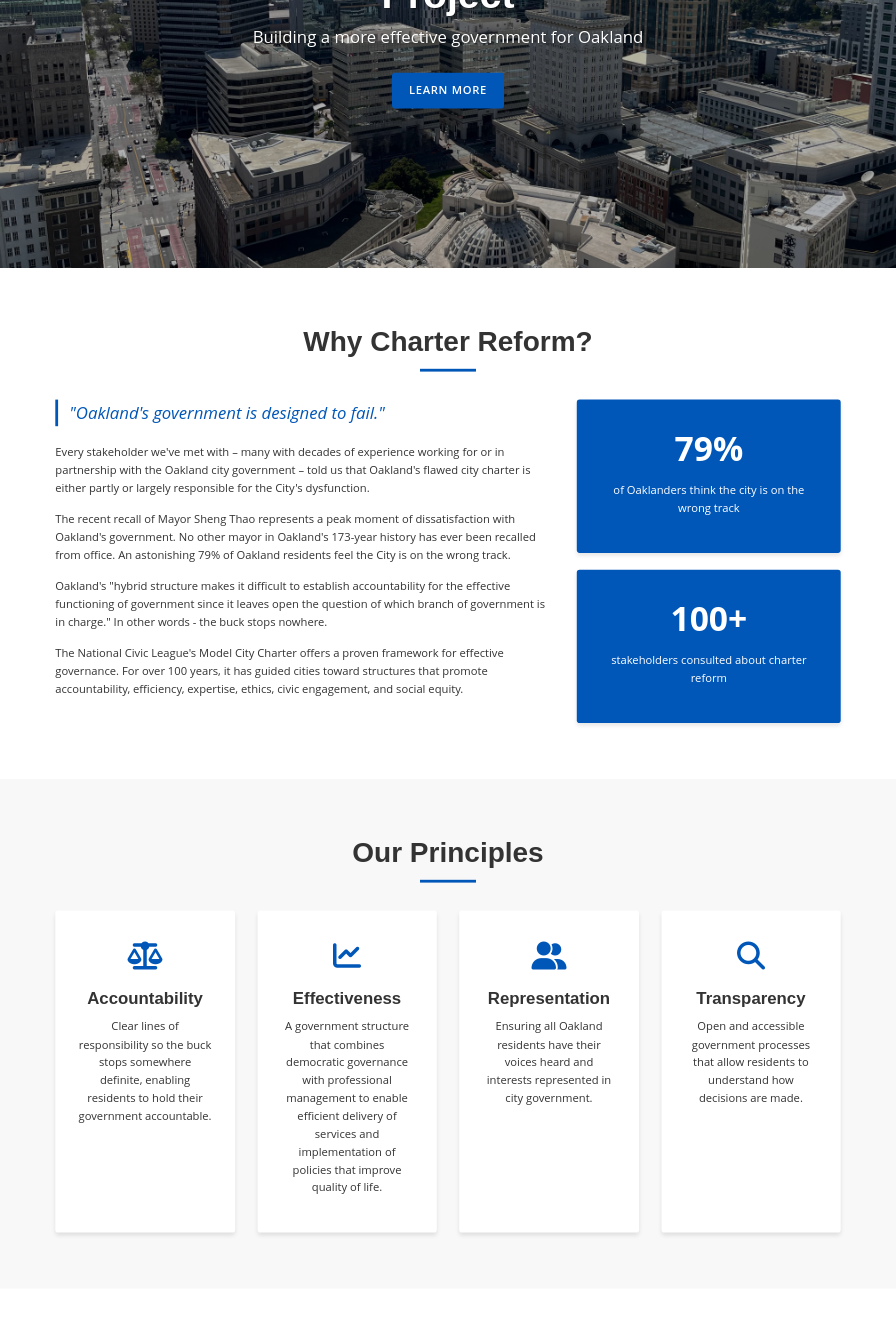
Repository: bgould132/oaklandcharterreform
Page: index.html
The author's editor kept a copy of each file at every save. The page is drawn from the files as they stood at one save, then again after the next save.
The browser window is 1280 px wide. The pictures show the part of the page from y = 417 to 2337 px (the page is 5458 px tall), at 70% of full size.

Above is the page before, as saved 2025-04-08 10:49:02.

### index.html
<!DOCTYPE html>
<html lang="en">
<head>
    <meta charset="UTF-8">
    <meta name="viewport" content="width=device-width, initial-scale=1.0">
    <meta name="description" content="Oakland Charter Reform Project - Building a more effective government for Oakland">
    <title>Oakland Charter Reform Project</title>
    <link rel="stylesheet" href="css/styles.css">
    <!-- Font Awesome for icons -->
    <link rel="stylesheet" href="https://cdnjs.cloudflare.com/ajax/libs/font-awesome/6.4.2/css/all.min.css">
</head>
<body>
    <header>
        <div class="container">
            <nav aria-label="Main navigation">
                <div class="logo">
                    <a href="index.html" aria-label="Oakland Charter Reform Project Home">
                        <img src="images/logo/OCRP logo design.jpg" alt="Oakland Charter Reform Project Logo">
                    </a>
                </div>
                <button class="mobile-menu-button" aria-label="Toggle menu" aria-expanded="false" aria-controls="main-menu">
                    <span class="hamburger-icon"></span>
                </button>
                <ul id="main-menu" class="nav-menu">
                    <li><a href="#why-charter-reform" class="active">Why Charter Reform</a></li>
                    <li><a href="#principles">Principles</a></li>
                    <li><a href="#proposed-amendments">Proposed Amendments</a></li>
                    <li><a href="#our-approach">Our Approach</a></li>
                    <li><a href="about.html">About Us</a></li>
                    <li><a href="#contact">Contact</a></li>
                </ul>
            </nav>
        </div>
    </header>

    <main>
        <!-- Hero Section -->
        <section class="hero" aria-labelledby="hero-heading">
            <div class="hero-image">
                <picture>
                    <!-- Smaller image for mobile -->
                    <source srcset="images/Downtown/IMG_7632.jpg" media="(max-width: 768px)">
                    <!-- Larger image for desktop -->
                    <img src="images/Downtown/IMG_7632.jpg" alt="Downtown Oakland skyline view">
                </picture>
                <div class="hero-content">
                    <h1 id="hero-heading">Oakland Charter Reform Project</h1>
                    <p class="tagline">Building a more effective government for Oakland</p>
                    <a href="#why-charter-reform" class="cta-button">Learn More</a>
                </div>
            </div>
        </section>

        <!-- Why Charter Reform Section -->
        <section id="why-charter-reform" class="section" aria-labelledby="why-heading">
            <div class="container">
                <h2 id="why-heading">Why Charter Reform?</h2>
                <div class="section-content">
                    <div class="text-content">
                        <p class="highlight-quote">"Oakland's government is designed to fail."</p>
                        <p>Every stakeholder we've met with – many with decades of experience working for or in partnership with the Oakland city government – told us that Oakland's flawed city charter is either partly or largely responsible for the City's dysfunction.</p>

                        <p>The recent recall of Mayor Sheng Thao represents a peak moment of dissatisfaction with Oakland's government. No other mayor in Oakland's 173-year history has ever been recalled from office. An astonishing 79% of Oakland residents feel the City is on the wrong track.</p>

                        <p>Oakland's "hybrid structure makes it difficult to establish accountability for the effective functioning of government since it leaves open the question of which branch of government is in charge." In other words - the buck stops nowhere.</p>

                        <p>The National Civic League's Model City Charter offers a proven framework for effective governance. For over 100 years, it has guided cities toward structures that promote accountability, efficiency, expertise, ethics, civic engagement, and social equity.</p>
                    </div>
                    <div class="stat-boxes">
                        <div class="stat-box">
                            <span class="stat-number">79%</span>
                            <p>of Oaklanders think the city is on the wrong track</p>
                        </div>
                        <div class="stat-box">
                            <span class="stat-number">100+</span>
                            <p>stakeholders consulted about charter reform</p>
                        </div>
                    </div>
                </div>
            </div>
        </section>

        <!-- Principles Section -->
        <section id="principles" class="section alt-bg" aria-labelledby="principles-heading">
            <div class="container">
                <h2 id="principles-heading">Our Principles</h2>
                <div class="principles-grid">
                    <div class="principle-card">
                        <div class="principle-icon">
                            <i class="fas fa-balance-scale"></i>
                        </div>
                        <h3>Accountability</h3>
                        <p>Clear lines of responsibility so the buck stops somewhere definite, enabling residents to hold their government accountable.</p>
                    </div>
                    <div class="principle-card">
                        <div class="principle-icon">
                            <i class="fas fa-chart-line"></i>
                        </div>
                        <h3>Effectiveness</h3>
                        <p>A government structure that combines democratic governance with professional management to enable efficient delivery of services and implementation of policies that improve quality of life.</p>
                    </div>
                    <div class="principle-card">
                        <div class="principle-icon">
                            <i class="fas fa-user-friends"></i>
                        </div>
                        <h3>Representation</h3>
                        <p>Ensuring all Oakland residents have their voices heard and interests represented in city government.</p>
                    </div>
                    <div class="principle-card">
                        <div class="principle-icon">
                            <i class="fas fa-search"></i>
                        </div>
                        <h3>Transparency</h3>
                        <p>Open and accessible government processes that allow residents to understand how decisions are made.</p>
                    </div>
                </div>
            </div>
        </section>

        <!-- Our Approach Section -->
        <section id="our-approach" class="section" aria-labelledby="approach-heading">
            <div class="container">
                <h2 id="approach-heading">Our Approach</h2>
                <div class="approach-content">
                    <div class="approach-text">
                        <p>The Oakland Charter Reform Project has conducted extensive research and community engagement to inform our approach to charter reform:</p>

                        <ul class="approach-list">
                            <li>Three focus groups with diverse Oakland stakeholders</li>
                            <li>One-on-one interviews with community members, workers, business leaders, elected officials, and more</li>
                            <li>Special information session with Oakland NAACP leaders</li>
                            <li>Analysis of charter structures in comparable cities</li>
                        </ul>

                        <p>We are exploring options for placing a charter reform measure before voters in June 2026. Why June? Because settling matters about the City's organization in advance of the November 2026 mayoral election will allow candidates to run for a clearly defined role in the new system.</p>
                    </div>
                    <div class="timeline">
                        <div class="timeline-item">
                            <div class="timeline-marker"></div>
                            <div class="timeline-content">
                                <h3>December 2024 - March 2025</h3>
                                <p>Initial research and stakeholder interviews</p>
                            </div>
                        </div>
                        <div class="timeline-item">
                            <div class="timeline-marker"></div>
                            <div class="timeline-content">
                                <h3>April - June 2025</h3>
                                <p>Draft charter amendments and community feedback</p>
                            </div>
                        </div>
                        <div class="timeline-item">
                            <div class="timeline-marker"></div>
                            <div class="timeline-content">
                                <h3>July - December 2025</h3>
                                <p>Gather signatures to place on ballot</p>
                            </div>
                        </div>
                        <div class="timeline-item">
                            <div class="timeline-marker"></div>
                            <div class="timeline-content">
                                <h3>January - May 2026</h3>
                                <p>Organize grassroots campaign</p>
                            </div>
                        </div>
                        <div class="timeline-item">
                            <div class="timeline-marker"></div>
                            <div class="timeline-content">
                                <h3>June 2026</h3>
                                <p>Charter reform measure on ballot</p>
                            </div>
                        </div>
                    </div>
                </div>
            </div>
        </section>

        <!-- Proposed Amendments Section -->
        <section id="proposed-amendments" class="section alt-bg" aria-labelledby="amendments-heading">
            <div class="container">
                <h2 id="amendments-heading">Proposed Amendments</h2>
                <div class="section-content">
                    <div class="text-content">
                        <p>Based on extensive research, stakeholder input, and the guidance of the National Civic League's Model City Charter, we are exploring the following potential amendments to the Oakland City Charter:</p>

                        <div class="amendment-card">
                            <h3>Council-Manager Form of Government</h3>
                            <p>Oakland's current hybrid governance structure has created confusion about who is responsible for what. Following the recommendation of the National Civic League's Model City Charter, we propose:</p>
                            <ul class="amendment-list">
                                <li><strong>A Unitary System:</strong> All powers of the city would be vested in a popularly elected council, which appoints a professional manager who is continuously responsible to and removable by the council.</li>
                                <li><strong>Stronger Political Leadership:</strong> The mayor would serve as chief legislator and leader of the policy-making team, focused on facilitative leadership rather than administrative details.</li>
                                <li><strong>Professional Management:</strong> A qualified city manager would handle day-to-day operations, provide professional expertise, and ensure effective implementation of council-approved policies.</li>
                            </ul>
                        </div>

                        <div class="amendment-card">
                            <h3>City Attorney Appointment</h3>
                            <p>Currently, Oakland's city attorney is independently elected, creating potential conflicts between serving voters' interests and the municipal corporation's needs. We propose:</p>
                            <ul class="amendment-list">
                                <li>Changing to an appointed city attorney who is hired by and answers to the City Council</li>
                                <li>Ensuring the city attorney views the City Council and City Administrator as their client</li>
                            </ul>
                        </div>

                        <div class="buttons-container">
                            <a href="#" class="cta-button">Read the Summary</a>
                            <a href="#" class="outline-button">See the Full Changes</a>
                        </div>
                    </div>
                </div>
            </div>
        </section>

        <!-- Contact Section -->
        <section id="contact" class="section alt-bg" aria-labelledby="contact-heading">
            <div class="container">
                <h2 id="contact-heading">Get Involved</h2>
                <div class="contact-content">
                    <p>Join us in building a better Oakland through charter reform. Contact us to learn more, share your ideas, or get involved.</p>
                    <div class="contact-info">
                        <p><strong>Email:</strong> <a href="mailto:oaklandcharterreformproject@gmail.com">oaklandcharterreformproject@gmail.com</a></p>
                        <div class="signup-form">
                            <p>Want more updates? Add your name to our contact list:</p>
                            <a href="#" class="cta-button">Join Our Mailing List</a>
                        </div>
                    </div>
                </div>
            </div>
        </section>
    </main>

    <footer>
        <div class="container">
            <div class="footer-content">
                <div class="footer-logo">
                    <img src="images/logo/OCRP logo design.jpg" alt="Oakland Charter Reform Project Logo" width="120">
                </div>
                <div class="footer-text">
                    <p>&copy; 2025 Oakland Charter Reform Project. All rights reserved.</p>
                    <p>In the spirit of a better Oakland,</p>
                    <div class="signature">
                        <img src="images/logo/steve and ben and nancy signature.jpg" alt="Signatures of Steven Falk, Ben Gould, and Nancy Falk" class="signature-img">
                        <p>Steven Falk, Ben Gould, and Nancy Falk<br>
                        Oakland Charter Reform Project Organizers</p>
                    </div>
                </div>
            </div>
        </div>
    </footer>

    <script src="js/main.js"></script>
</body>
</html>

Loaded but not shown: js/main.js (101 lines, source omitted); css/styles.css (815 lines, source omitted)

After the next save:
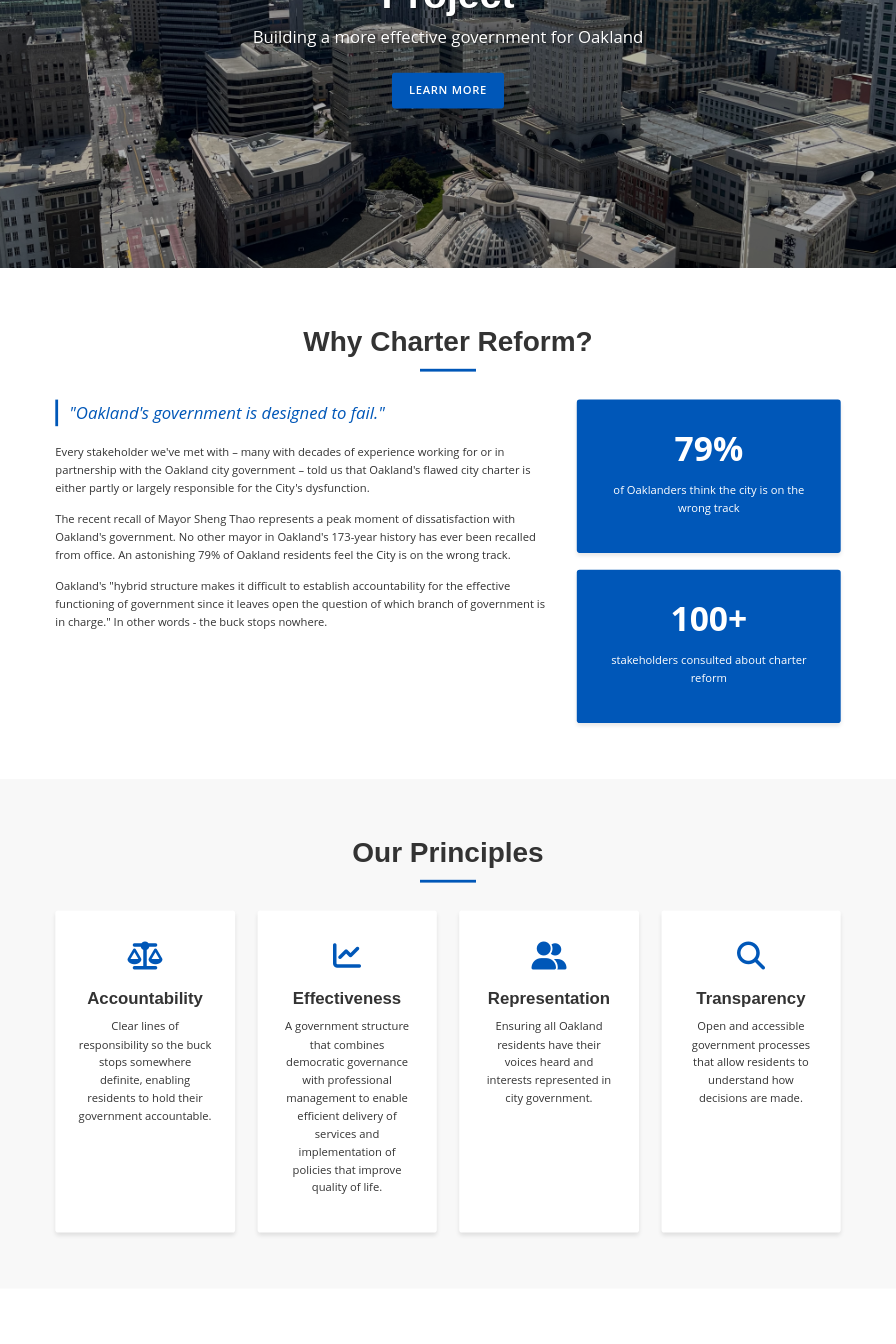
Saved 6 s later.
--- a/index.html
+++ b/index.html
@@ -63,8 +63,6 @@
                         <p>The recent recall of Mayor Sheng Thao represents a peak moment of dissatisfaction with Oakland's government. No other mayor in Oakland's 173-year history has ever been recalled from office. An astonishing 79% of Oakland residents feel the City is on the wrong track.</p>
 
                         <p>Oakland's "hybrid structure makes it difficult to establish accountability for the effective functioning of government since it leaves open the question of which branch of government is in charge." In other words - the buck stops nowhere.</p>
-
-                        <p>The National Civic League's Model City Charter offers a proven framework for effective governance. For over 100 years, it has guided cities toward structures that promote accountability, efficiency, expertise, ethics, civic engagement, and social equity.</p>
                     </div>
                     <div class="stat-boxes">
                         <div class="stat-box">
